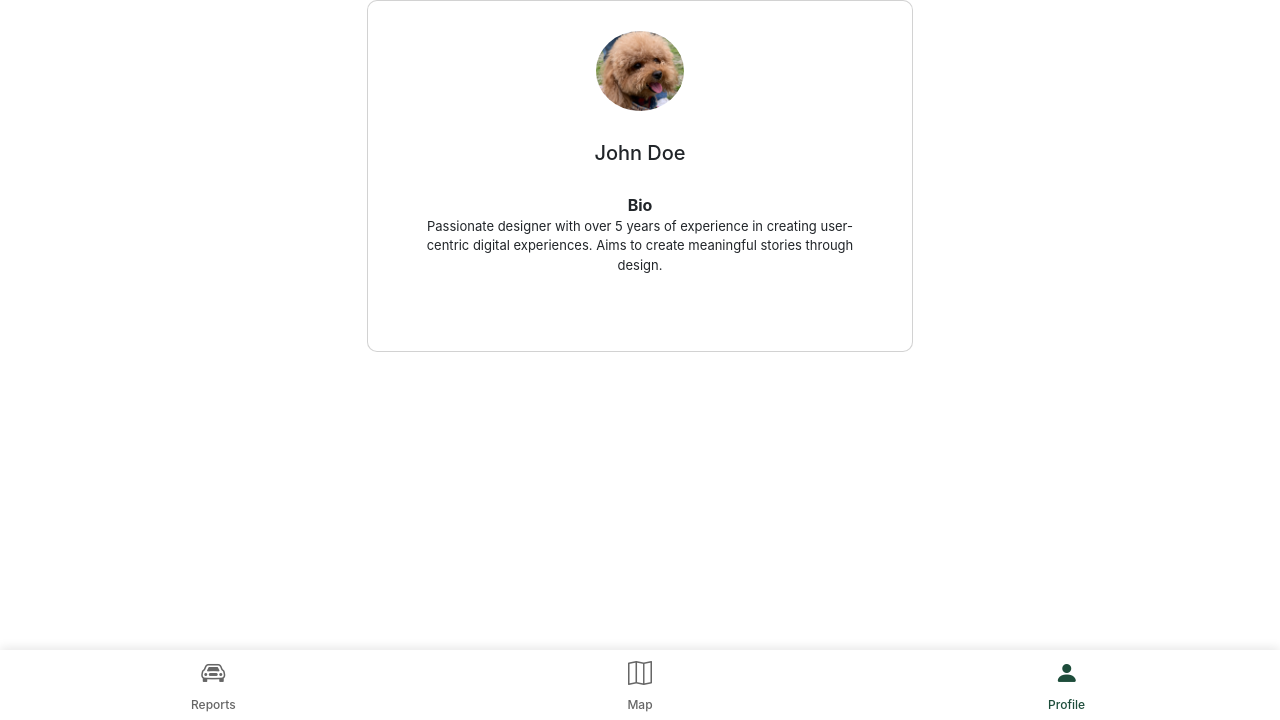
Repository: sukhrajsandhar/1800_202510_BBY8
Page: Profile.html
The author's editor kept a copy of each file at every save. The page is drawn from the files as they stood at one save, then again after the next save.
The browser window is 1280 px wide. The pictures show the whole page.

Above is the page before, as saved 2025-03-03 19:44:09.

After the next save:
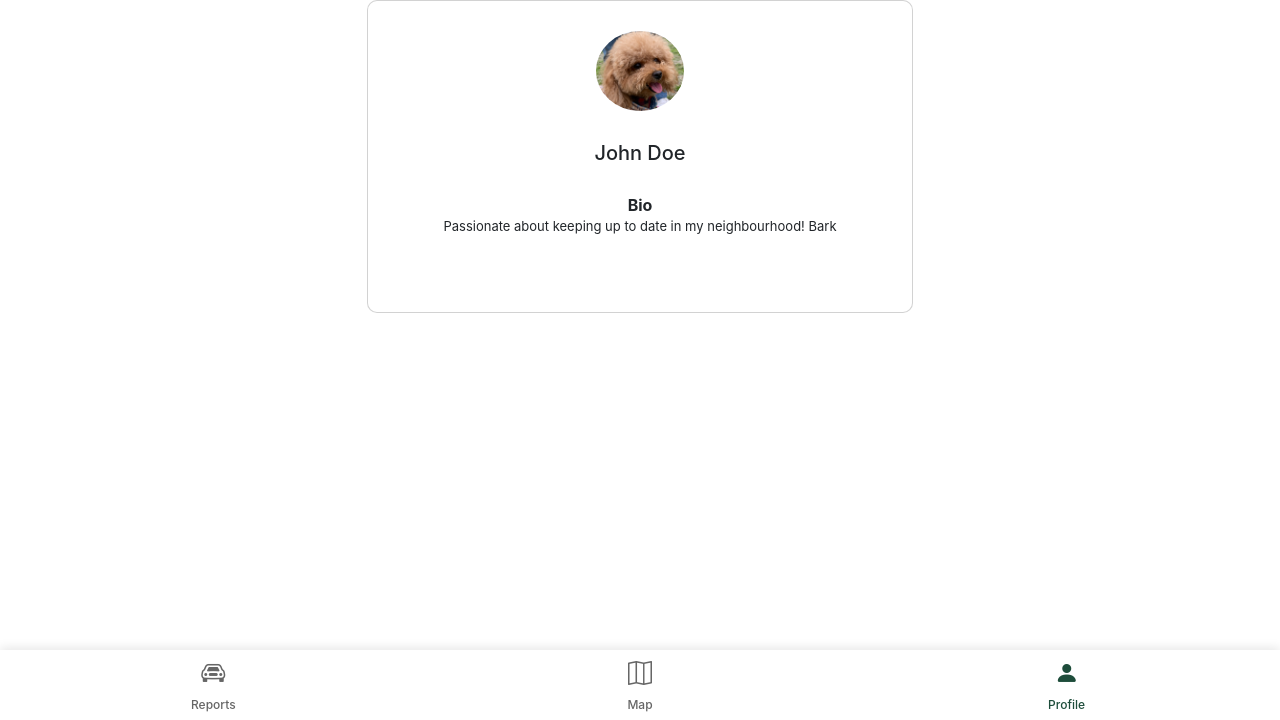
Saved 49 s later.
--- a/Profile.html
+++ b/Profile.html
@@ -22,8 +22,7 @@
                         <h5 class="mt-2 mb-0">John Doe</h5><br>
                         <div class="px-4 mt-1">
                             <label><b>Bio</b></label>
-                            <p class="fonts">Passionate designer with over 5 years of experience in creating user-centric
-                                digital experiences. Aims to create meaningful stories through design.</p>
+                            <p class="fonts">Passionate about keeping up to date in my neighbourhood! Bark </p>
                         </div>
                         <ul class="social-list">
                             <li><a href="#" class="fab fa-facebook-f"></a></li>
